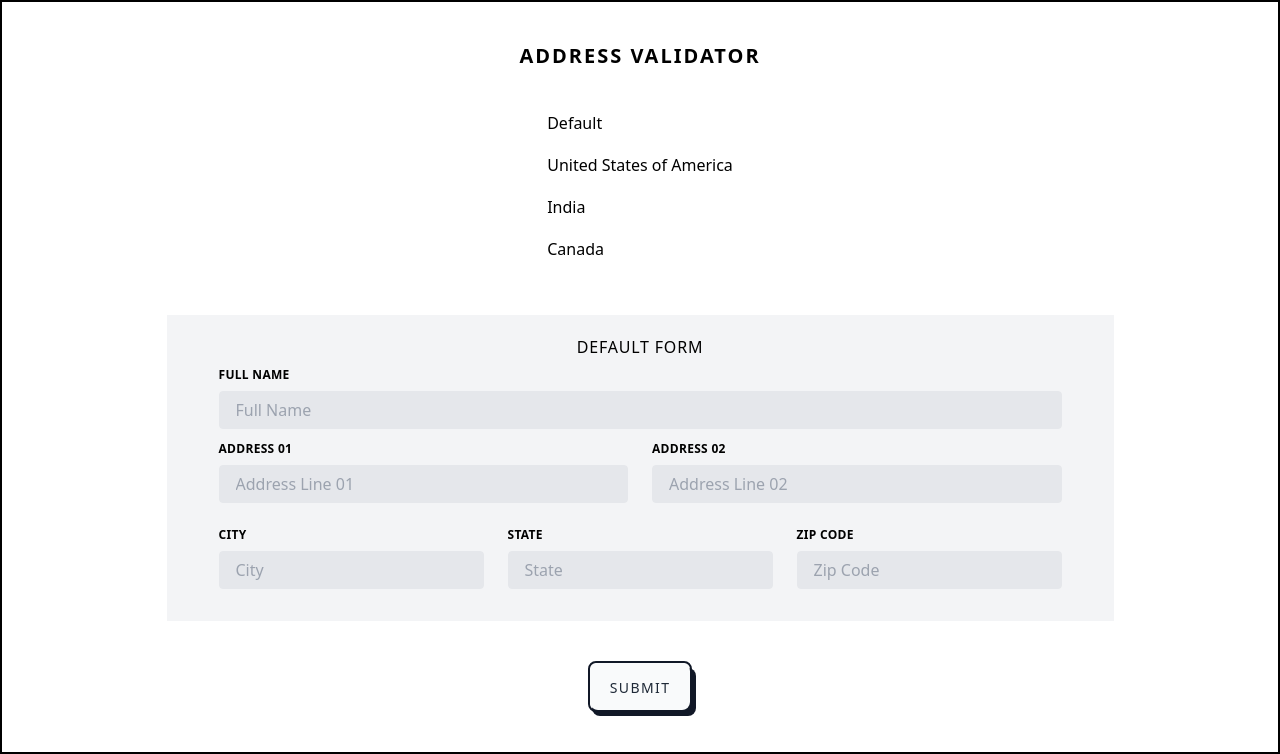
Repository: jay-singhvi/SWArchDesign_TeamProject
Page: / (app in frontend/address-validation/)
These files come from the project's save history. The page is drawn as it stood at one moment and after the next save; the edit follows.
The browser window is 1280 px wide. The pictures show the whole page.
The project was rebuilt for these pictures with package versions that can differ from the ones it lists, and the page was loaded fresh each time. Also part of the build but not shown: frontend/address-validation/src/App.css.

Above is the page before, as saved 2023-03-07 18:15:30.

After the next save:
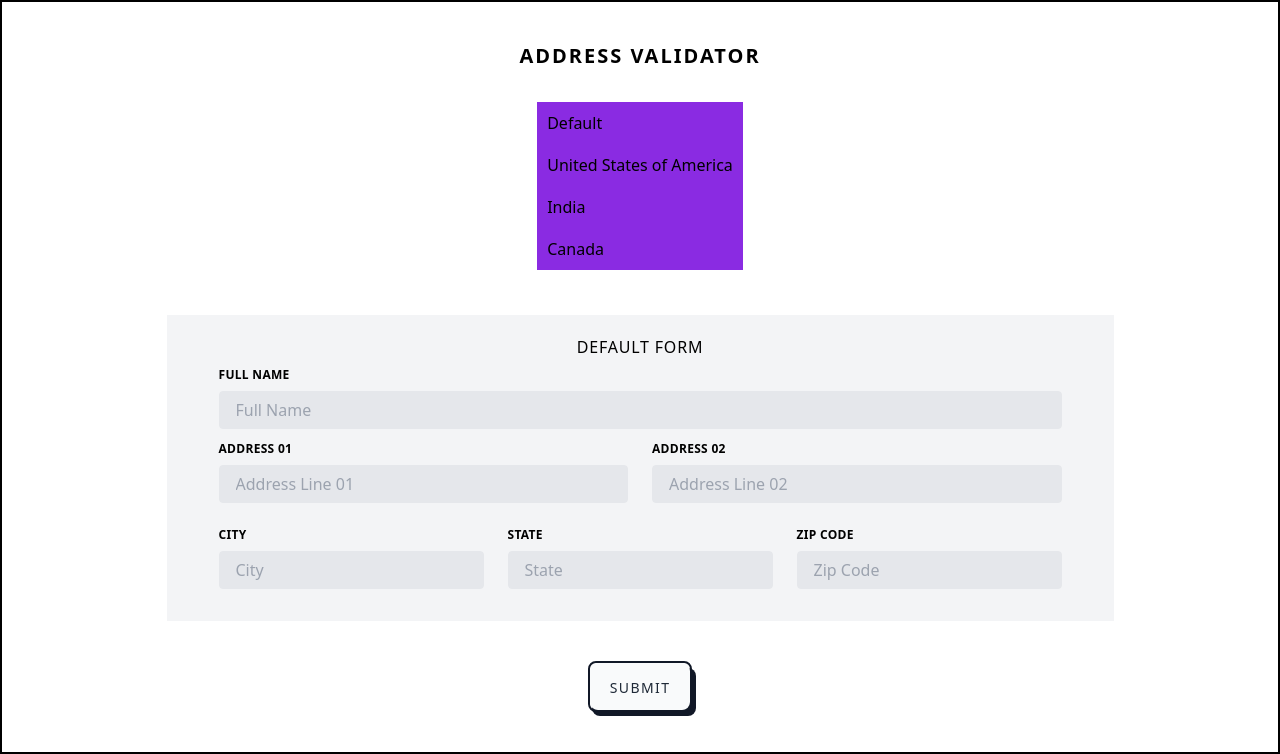
Saved 25 s later.
--- a/frontend/address-validation/src/App.js
+++ b/frontend/address-validation/src/App.js
@@ -164,7 +164,7 @@ function App() {
           >
             {countries.map((country) => (
               <option
-              style={{cursor:"pointer", padding:10}}
+              style={{cursor:"pointer", padding:10, backgroundColor:"blueviolet"}}
               // className=" cursor-pointer uppercase tracking-widest p-2 hover:bg-gray-300"
                 key={country.name}
                 value={country.name}
